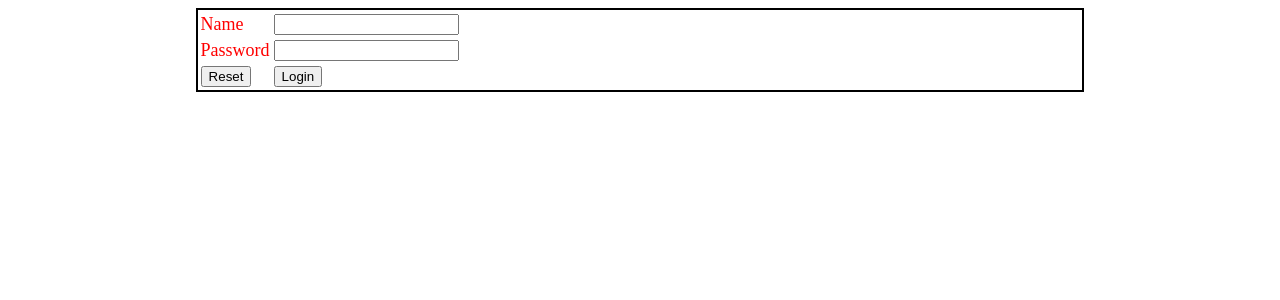
Repository: jks2127/SMS-webApp
Page: sms 1.2/WebContent/index.html
The author's editor kept a copy of each file at every save. The page is drawn from the files as they stood at one save, then again after the next save.
The browser window is 1280 px wide. The pictures show the whole page.

Above is the page before, as saved 2021-06-11 12:21:19.

After the next save:
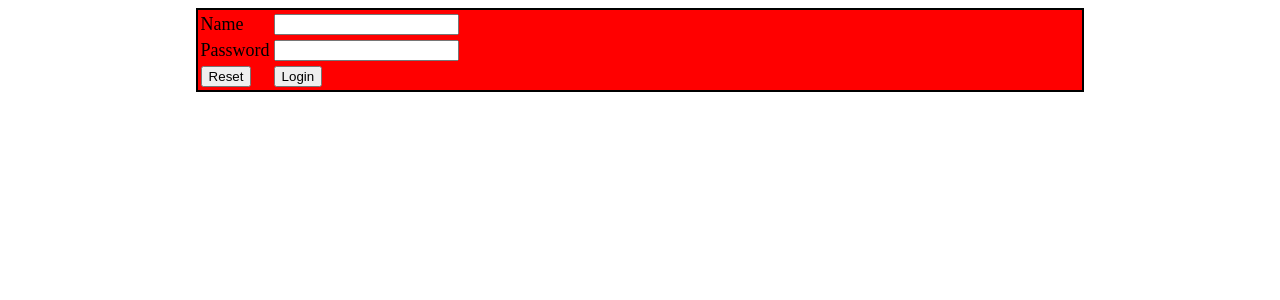
Saved 25 s later.
--- a/sms 1.2/WebContent/index.html
+++ b/sms 1.2/WebContent/index.html
@@ -10,7 +10,7 @@
 		width:70%;
 		border:2px solid black;
 		font-size:18px;
-		color: red;
+		background-color: red;
 		}
 	</style>
 </head>
